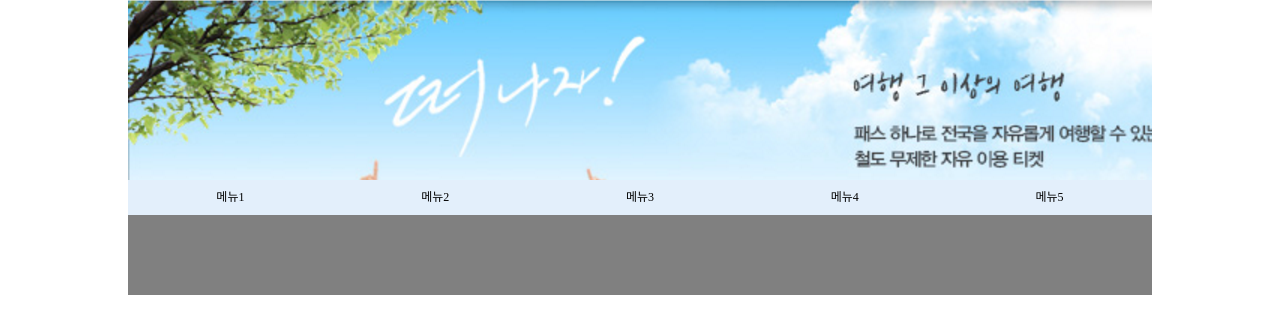
Repository: ekgus419/hckj
Page: Railro/src/main/webapp/WEB-INF/views/main.html
The author's editor kept a copy of each file at every save. The page is drawn from the files as they stood at one save, then again after the next save.
The browser window is 1280 px wide. The pictures show the whole page.

Above is the page before, as saved 2016-08-18 06:54:49.

After the next save:
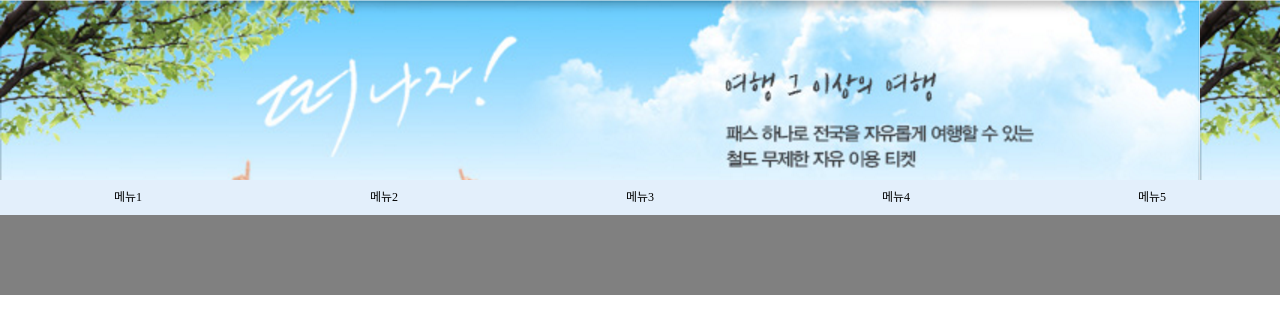
Saved 19 s later.
--- a/Railro/src/main/webapp/WEB-INF/views/main.html
+++ b/Railro/src/main/webapp/WEB-INF/views/main.html
@@ -7,7 +7,7 @@
 		/* reset */
 		body, div, ul, li {margin: 0; padding: 0; font-size: 12px;}
 		ul, li, ol, dl, dt, dd { list-style: none; }
-		.wrap {width: 80%; margin: 0 auto; min-width: 978px; height: 100%;}
+
 		.header {width: 100%; height: 180px; background-image: url("images/top_img.png"); }
 
 		.main-menu { width: 100%; height: 35px; background: #e3effb; }
